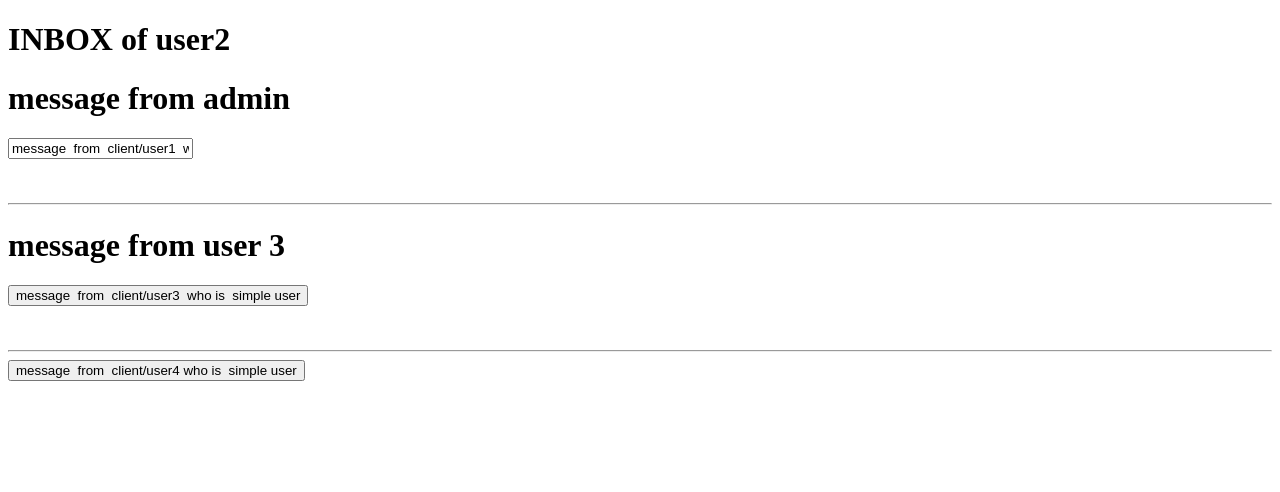
Repository: heenasalim/Java_Script
Page: Simplehtmldemo/WebContent/FBUSER2.html
The author's editor kept a copy of each file at every save. The page is drawn from the files as they stood at one save, then again after the next save.
The browser window is 1280 px wide. The pictures show the whole page.

Above is the page before, as saved 2015-10-12 11:08:06.

After the next save:
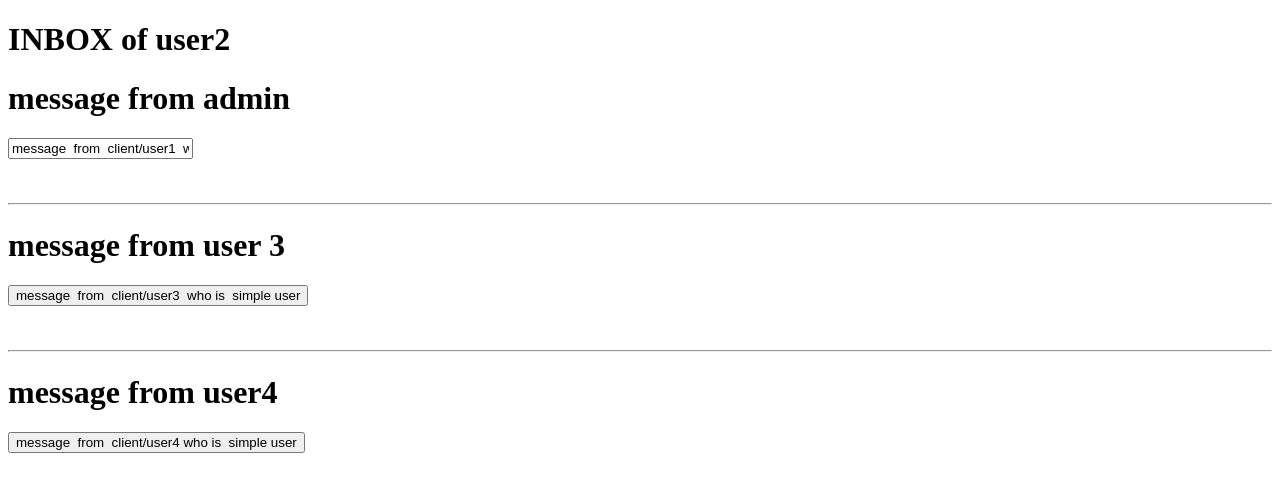
Saved 11 s later.
--- a/Simplehtmldemo/WebContent/FBUSER2.html
+++ b/Simplehtmldemo/WebContent/FBUSER2.html
@@ -16,6 +16,7 @@
 <input type="submit"  value="message  from  client/user3  who is  simple user">
 <br/><br/><br/>
 <hr/>
+<h1>message  from  user4</h1>
 <input type="submit"  value="message  from  client/user4 who is  simple user">
 </body>
 </html>
